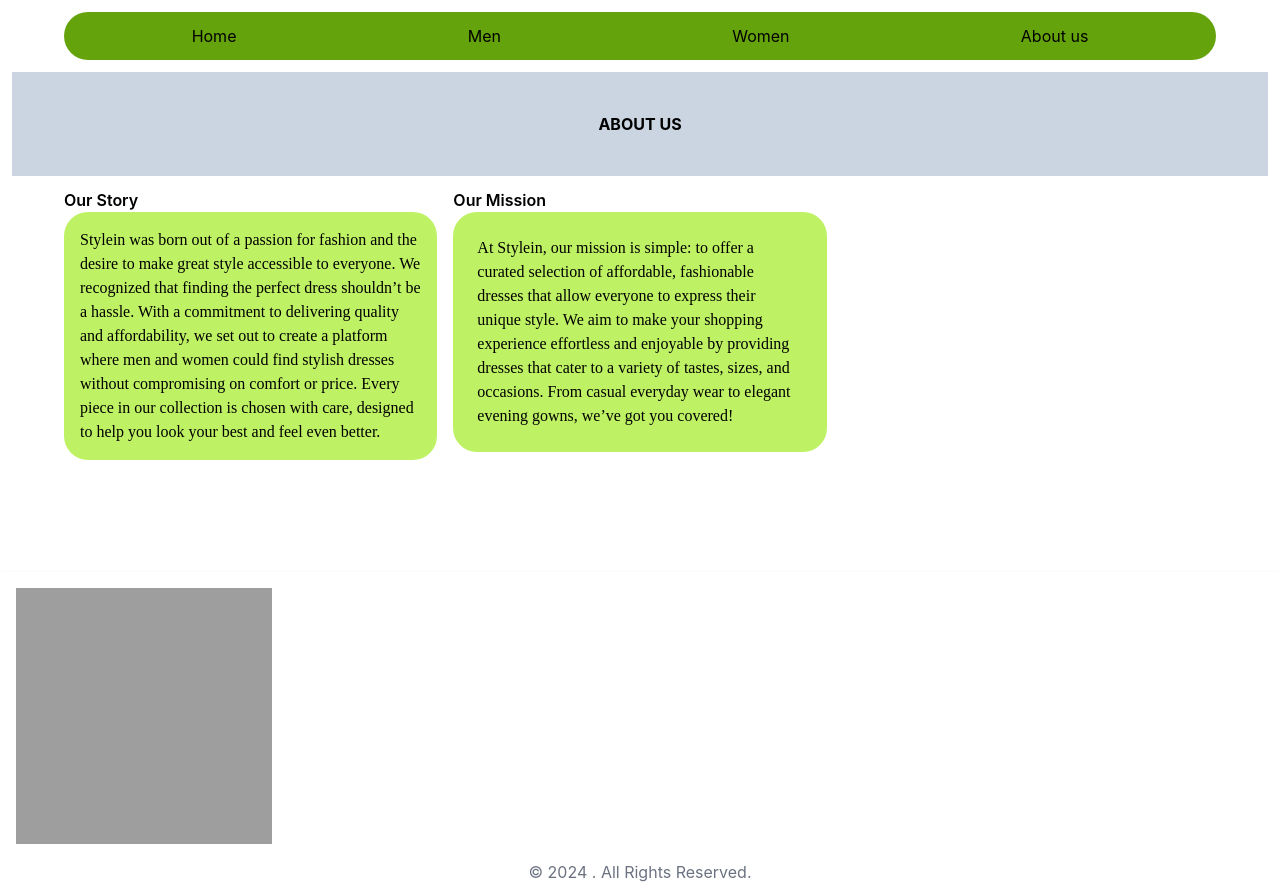
Repository: Mohankkanth/StyleIn_ShoppingSite
Page: /AboutUs
An editor plug-in stored every save of this project. The page is shown before and after the next save, followed by the edit.
The browser window is 1280 px wide. The pictures show the whole page.
Pictures or frames that could not be fetched are drawn as grey boxes. The project was rebuilt for these pictures with package versions that can differ from the ones it lists, and the page was loaded fresh each time. Also part of the build but not shown: vite.config.js, src/component/Home/Home.jsx, src/component/api/MenProducts.jsx, src/component/Men/Men.jsx, src/component/Women/Women.jsx, src/component/api/KidsProducts.jsx, src/component/Kids/Kids.jsx, src/component/Errorpage/Errorpage.jsx and 18 more.

Above is the page before, as saved 2024-11-23 14:01:09.

After the next save:
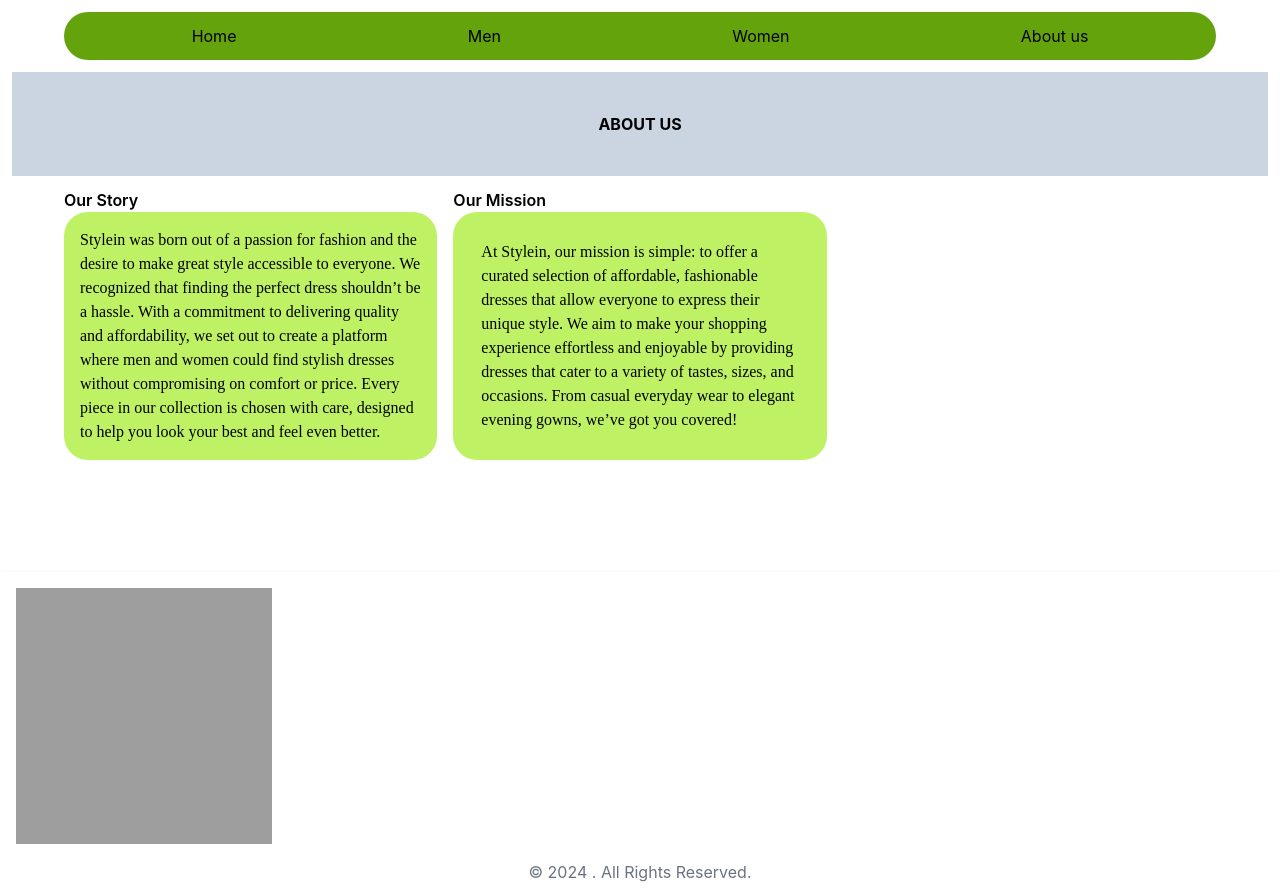
Saved 4 s later.
--- a/src/component/AboutUs/Aboutus.jsx
+++ b/src/component/AboutUs/Aboutus.jsx
@@ -16,7 +16,7 @@
                     </div>
                     <div>
                         <p className='font-semibold text-justify '>Our Mission</p>
-                        <p className='bg-lime-300 p-4 rounded-3xl font-[Raleway] p-6'>At Stylein, our mission is simple: to offer a curated selection of affordable, fashionable dresses that allow everyone to express their unique style. We aim to make your shopping experience effortless and enjoyable by providing dresses that cater to a variety of tastes, sizes, and occasions. From casual everyday wear to elegant evening gowns, we’ve got you covered!</p>
+                        <p className='bg-lime-300 p-4 rounded-3xl font-[Raleway] p-7'>At Stylein, our mission is simple: to offer a curated selection of affordable, fashionable dresses that allow everyone to express their unique style. We aim to make your shopping experience effortless and enjoyable by providing dresses that cater to a variety of tastes, sizes, and occasions. From casual everyday wear to elegant evening gowns, we’ve got you covered!</p>
                     </div>
 
 
